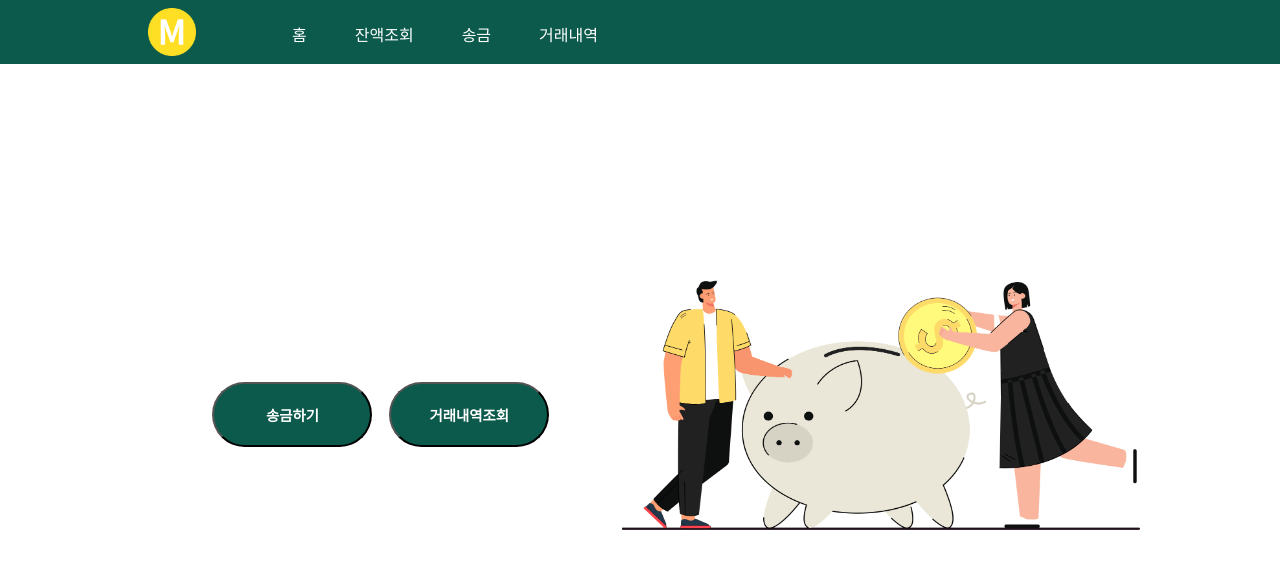
Repository: JiNookk/makaobank
Page: week06/makaoBank/index.html
The author's editor kept a copy of each file at every save. The page is drawn from the files as they stood at one save, then again after the next save.
The browser window is 1280 px wide. The pictures show the whole page.

Above is the page before, as saved 2022-09-13 20:23:04.

After the next save:
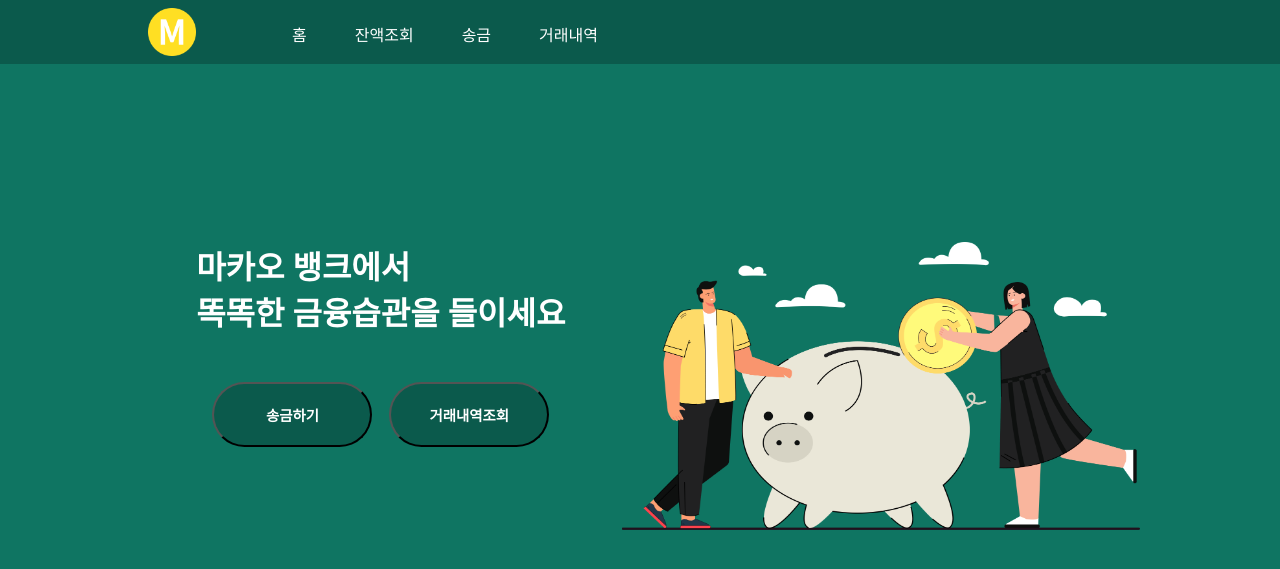
Saved 28 s later.
--- a/week06/makaoBank/css/layout.css
+++ b/week06/makaoBank/css/layout.css
@@ -17,7 +17,7 @@ body{
     height: 100%;
 
     color: white;
-    background:url("../resources/man.png"), url("../resources/woman.png") rgb(15,117,98) no-repeat, no-repeat;
+    background:url("../resources/man.png"), url("../resources/woman.png") rgb(15,117,98);
     background-size: 30vh 50vh;
 }
 
